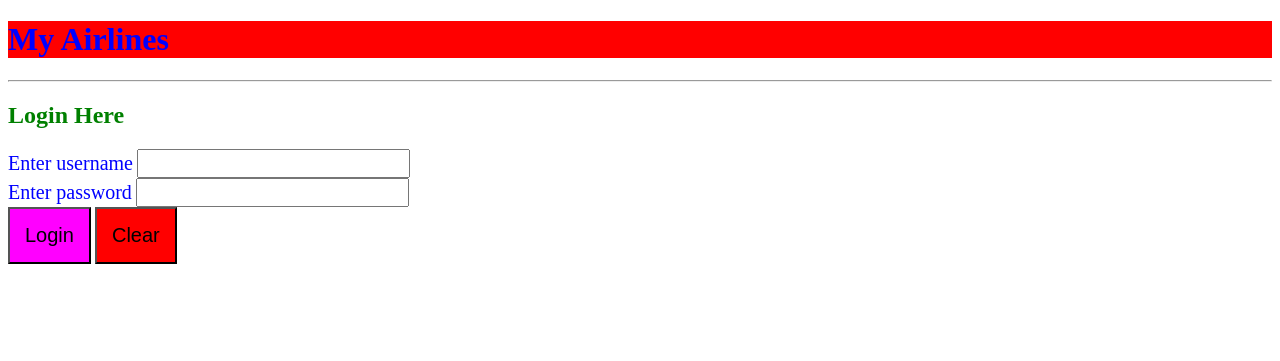
Repository: vishhaldawane/DS_WEB23
Page: MyWebProject/public/Home.html
An editor plug-in stored every save of this project. The page is shown before and after the next save, followed by the edit.
The browser window is 1280 px wide. The pictures show the whole page.

Above is the page before, as saved 2023-07-31 07:44:39.

After the next save:
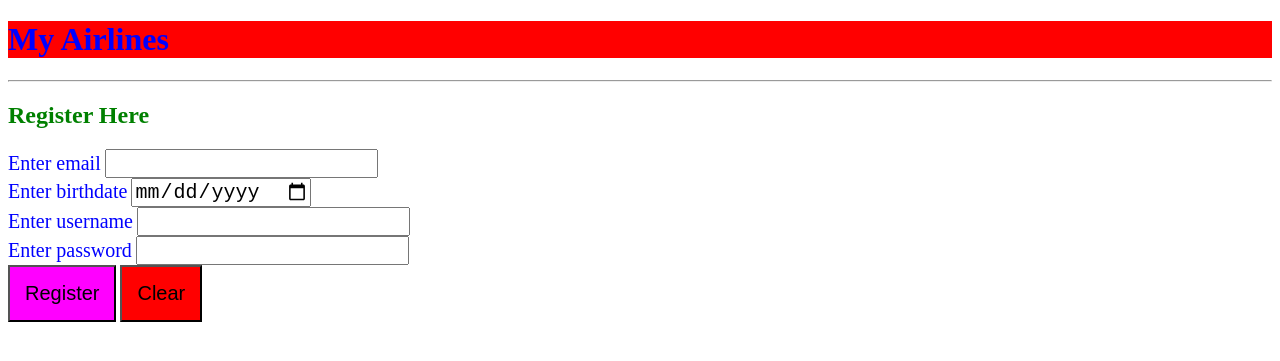
Saved 59 min 53 s later.
--- a/MyWebProject/public/Home.html
+++ b/MyWebProject/public/Home.html
@@ -11,13 +11,16 @@
 	<body>
 		<h1>My Airlines</h1>
 		<hr>
-		<h2>Login Here</h2>
+		<h2>Register Here</h2>
 
-		<form action="DashBoard.html">
+		<form action="Login3.html">
+			<label>Enter email</label> <input  type=text     name="ueamil"><br>
+			<label>Enter birthdate</label> <input  type=date     name="udob"><br>
+
 			<label>Enter username</label> <input  type=text     name="uname"><br>
 			<label>Enter password</label> <input  type=password name="upass"><br>
 
-			<button type="submit">Login</button>
+			<button type="submit">Register</button>
 			<button style="background-color: red">Clear</button>
 		</form>
 	</body>
